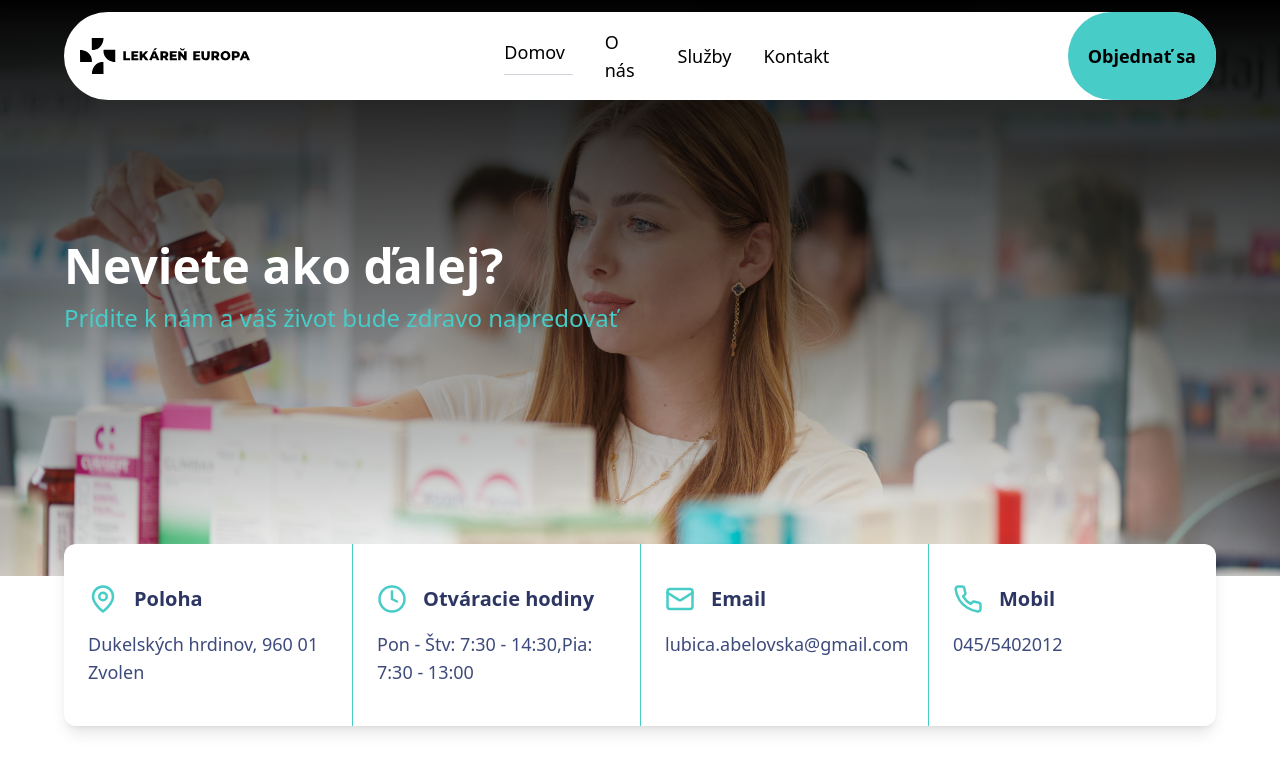
Repository: SimonSkoda13/Lekaren
Page: /
An editor plug-in stored every save of this project. The page is shown before and after the next save, followed by the edit.
The browser window is 1280 px wide. The pictures show the whole page.
The project was rebuilt for these pictures with package versions that can differ from the ones it lists, and the page was loaded fresh each time. The framework's server and built-in components were replaced by stand-ins that run in the browser. Also part of the build but not shown: next.config.js.

Above is the page before, as saved 2023-04-22 20:08:25.

After the next save:
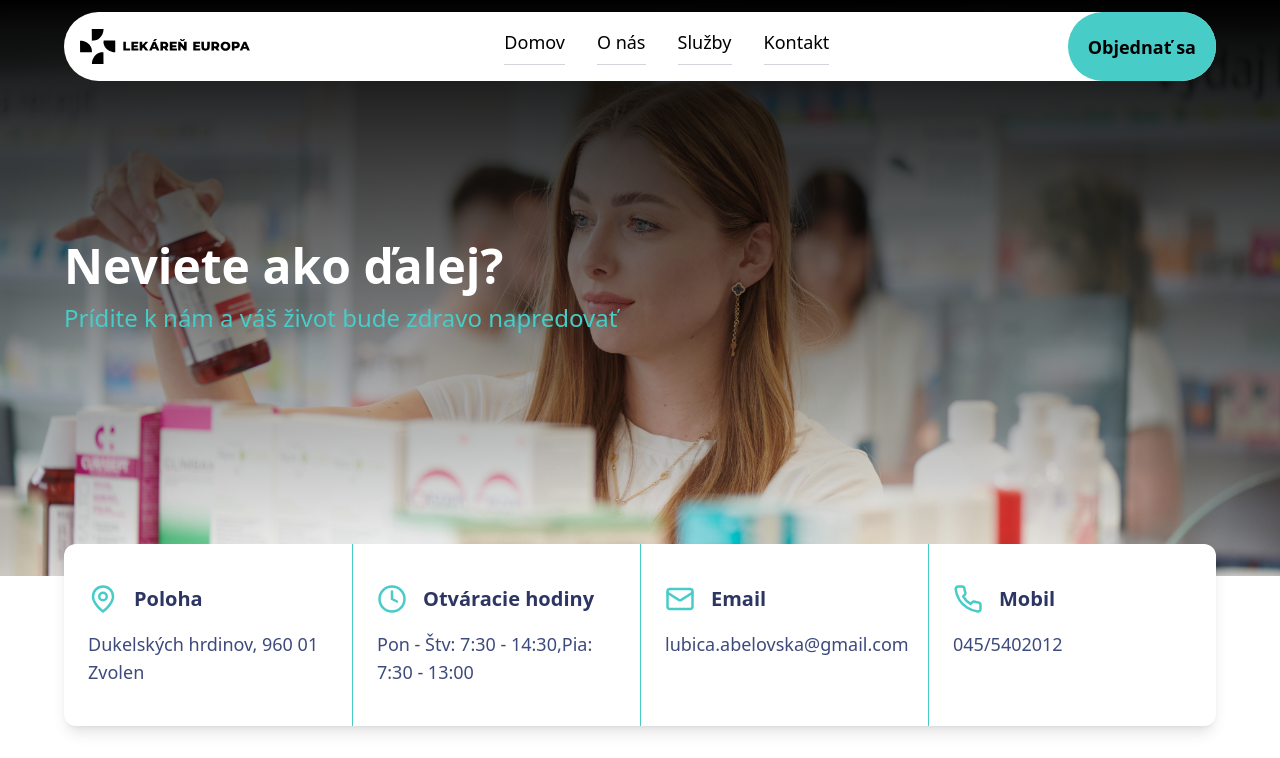
Saved 29 s later.
--- a/src/app/components/Header/Nav/Nav.tsx
+++ b/src/app/components/Header/Nav/Nav.tsx
@@ -20,9 +20,36 @@ export const Nav = () => {
       >
         Domov
       </Link>
-      <Link href="/onas">O nás</Link>
-      <Link href="/sluzby">Služby</Link>
-      <Link href="/kontakt">Kontakt</Link>
+      <Link
+        href="/onas"
+        className={
+          path === "/"
+            ? "inline-block border-b border-gray-300 w-1/4 pb-2"
+            : "hover:inline-block border-b border-red w-1/2 pb-2"
+        }
+      >
+        O nás
+      </Link>
+      <Link
+        href="/sluzby"
+        className={
+          path === "/"
+            ? "inline-block border-b border-gray-300 w-1/4 pb-2"
+            : "hover:inline-block border-b border-red w-1/2 pb-2"
+        }
+      >
+        Služby
+      </Link>
+      <Link
+        href="/kontakt"
+        className={
+          path === "/"
+            ? "inline-block border-b border-gray-300 w-1/4 pb-2"
+            : "hover:inline-block border-b border-red w-1/2 pb-2"
+        }
+      >
+        Kontakt
+      </Link>
     </div>
   );
 };
